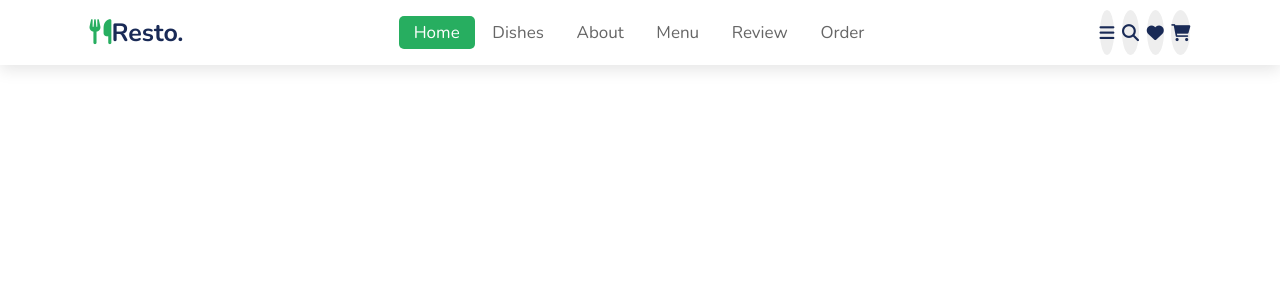
Repository: CarsonDev1/FoodWeb
Page: index.html
These files come from the project's save history. The page is drawn as it stood at one moment and after the next save; the edit follows.
The browser window is 1280 px wide. The pictures show the whole page.
Some web libraries are served in a nearby version.

Above is the page before, as saved 2022-05-18 18:00:57.

### index.html
<!DOCTYPE html>
<html lang="en">
  <head>
    <meta charset="UTF-8" />
    <meta http-equiv="X-UA-Compatible" content="IE=edge" />
    <meta name="viewport" content="width=device-width, initial-scale=1.0" />
    <title>Document</title>
    <!-- CSS link -->
    <link rel="stylesheet" href="./css/style.css" />
    <!-- Google font -->
    <link rel="preconnect" href="https://fonts.googleapis.com" />
    <link rel="preconnect" href="https://fonts.gstatic.com" crossorigin />
    <link
      href="https://fonts.googleapis.com/css2?family=DM+Sans:wght@700&family=Manrope:wght@400;700;800&family=Nunito:wght@200;300;400;600;700&display=swap"
      rel="stylesheet"
    />
    <!-- font awesome cdn link -->
    <link
      rel="stylesheet"
      href="https://cdnjs.cloudflare.com/ajax/libs/font-awesome/6.1.1/css/all.min.css"
    />
  </head>
  <body>
    <!-- Header section start -->
    <header>
      <a href="#" class="logo"><i class="fas fa-utensils"></i>resto.</a>
      <nav class="navbar">
        <a class="active" href="#home">home</a>
        <a href="#dishes">dishes</a>
        <a href="#about">about</a>
        <a href="#menu">menu</a>
        <a href="#review">review</a>
        <a href="#order">order</a>
      </nav>
      <div class="icons">
        <i class="fas fa-bars" id="bars"></i>
        <i class="fas fa-search" id="search-icon"></i>
        <a href="#" class="fas fa-heart"></a>
        <a href="#" class="fas fa-shopping-cart"></a>
      </div>
    </header>
    <!-- Header section end -->
    <!-- JS file link -->
    <script src="./js/app.js"></script>
  </body>
</html>

### css/style.css
:root {
  --green: #27ae60;
  --black: #192a56;
  --light-color: #666;
  --box-shadow: 0 0.5rem 1.5rem rgba(0, 0, 0, 0.1);
}
* {
  font-family: "Nunito", sans-serif;
  margin: 0;
  padding: 0;
  box-sizing: border-box;
  text-decoration: none;
  outline: none;
  border: none;
  text-transform: capitalize;
  transition: all 0.2s linear;
}
html {
  font-size: 62.5%;
  overflow-x: hidden;
  scroll-padding-top: 5.5rem;
  scroll-behavior: smooth;
}
header {
  position: fixed;
  top: 0;
  left: 0;
  right: 0;
  background: #fff;
  padding: 1rem 7%;
  display: flex;
  align-items: center;
  justify-content: space-between;
  z-index: 1000;
  box-shadow: var(--box-shadow);
}
header .logo {
  color: var(--black);
  font-size: 2.5rem;
  font-weight: bolder;
}
header .logo i {
  color: var(--green);
}
header .navbar a {
  font-size: 1.7rem;
  border-radius: 0.5rem;
  padding: 0.5rem 1.5rem;
  color: var(--light-color);
}
header .navbar a.active,
header .navbar a:hover {
  background: var(--green);
  color: #fff;
}
header .icons i,
header .icons a {
  cursor: pointer;
  margin-left: 0.5rem;
  height: 4.5rem;
  text-align: center;
  line-height: 4.5rem;
  font-size: 1.7rem;
  color: var(--black);
  border-radius: 50%;
  background: #eee;
}

Loaded but not shown: js/app.js (no copy from this time; the picture is the same without it)

After the next save:
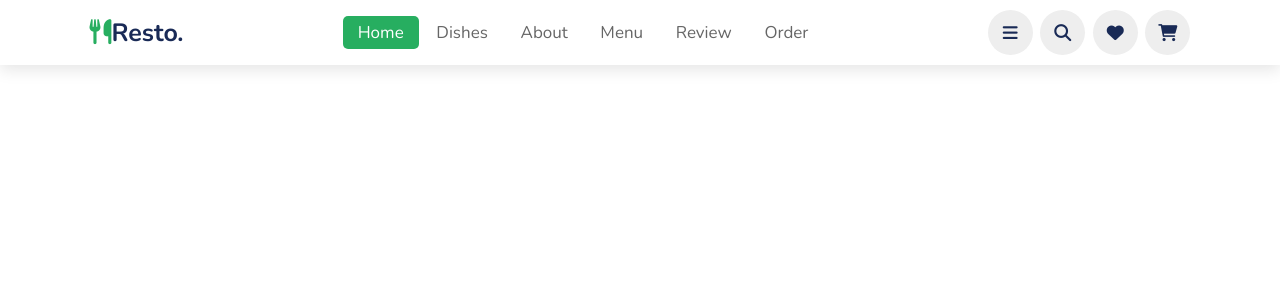
Saved 31 s later.
--- a/css/style.css
+++ b/css/style.css
@@ -58,8 +58,9 @@ header .icons a {
   cursor: pointer;
   margin-left: 0.5rem;
   height: 4.5rem;
+  line-height: 4.5rem;
+  width: 4.5rem;
   text-align: center;
-  line-height: 4.5rem;
   font-size: 1.7rem;
   color: var(--black);
   border-radius: 50%;
